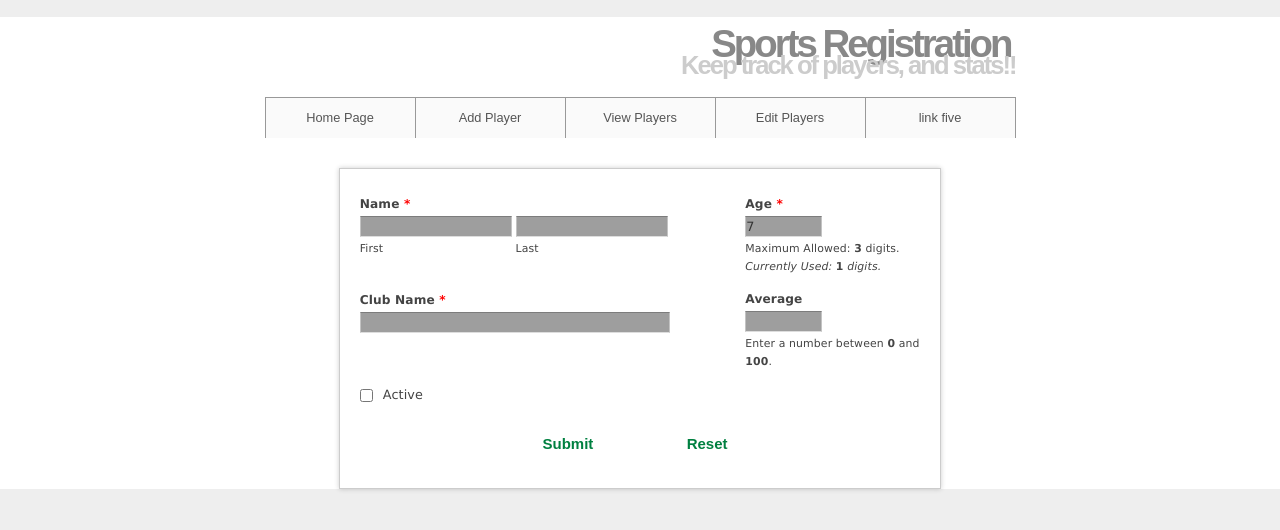
Repository: TrentonAsbury/PHP_FinalProject_Database
Page: http://localhost/addperson.php
An editor plug-in stored every save of this project. The page is shown before and after the next save, followed by the edit.
The browser window is 1280 px wide. The pictures show the whole page.
Pictures or frames that could not be fetched are drawn as grey boxes. The page is run by PHP 8.4 with error messages shown; the project is at /var/www/html/.

Above is the page before, as saved 2017-04-15 11:14:14.

After the next save:
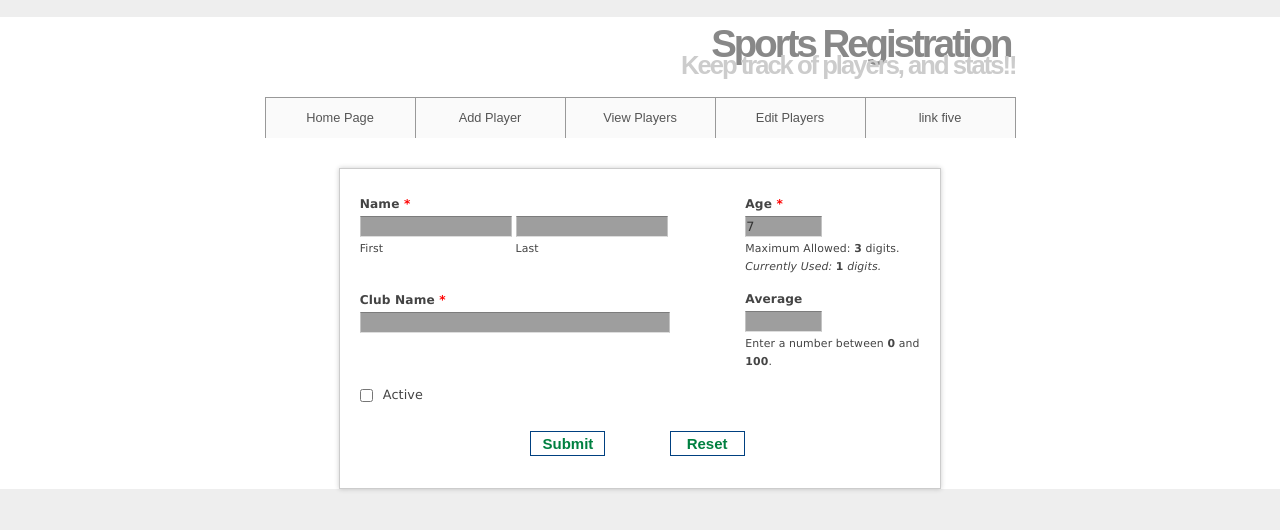
Saved 21 s later.
--- a/FinalProj/css/style.css
+++ b/FinalProj/css/style.css
@@ -113,5 +113,5 @@ input, select, .input {
 	font-size: 1em;
 	color: #008040;
 	background: #FFFFFF;
-	//border:1px dotted #004080;
+	border:1px solid #004080;
 }
